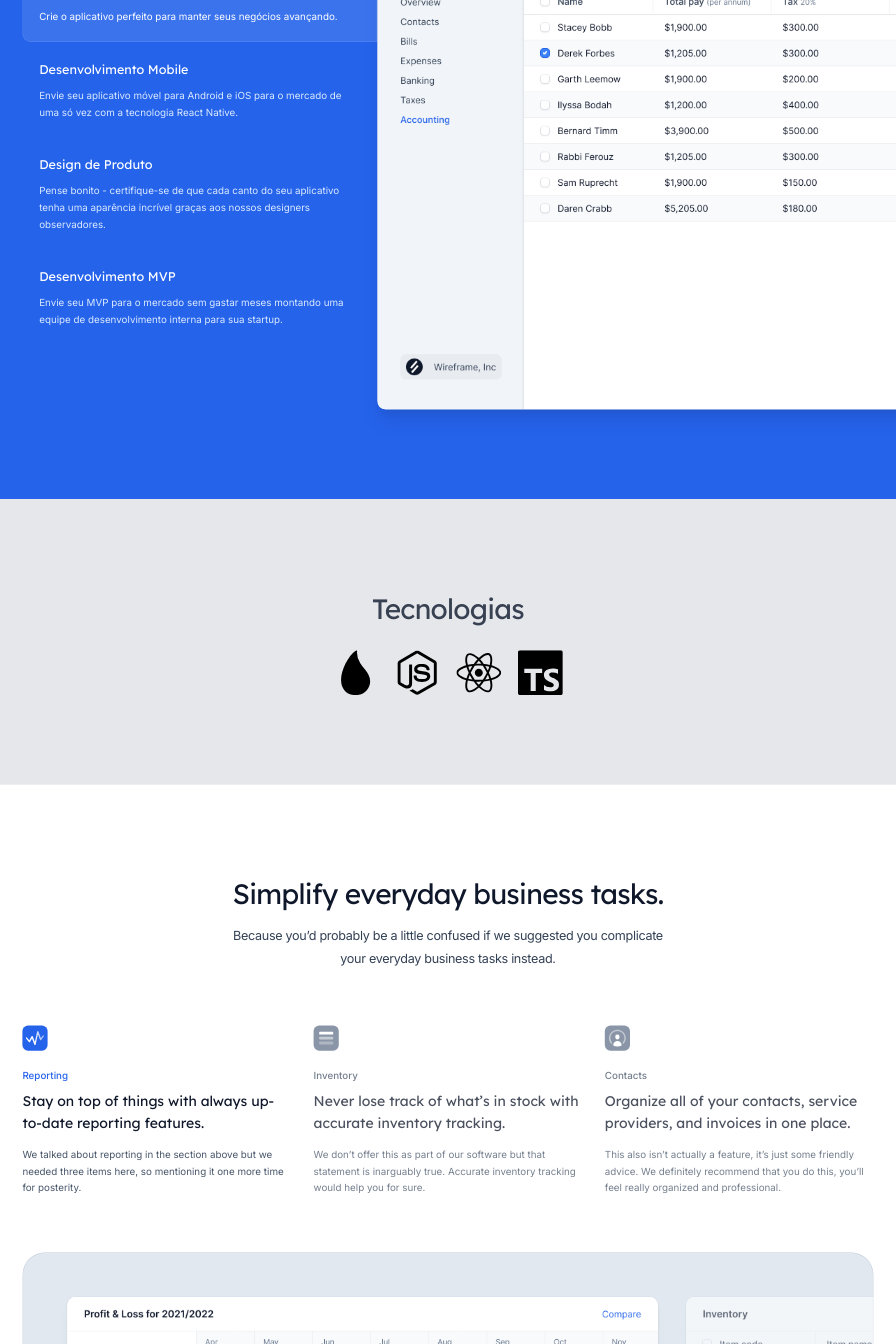
Repository: LuisSempre/imaginative
Page: /
An editor plug-in stored every save of this project. The page is shown before and after the next save, followed by the edit.
The browser window is 1280 px wide. The pictures show the part of the page from y = 2350 to 4270 px (the page is 10326 px tall), at 70% of full size.
The project was rebuilt for these pictures with package versions that can differ from the ones it lists, and the page was loaded fresh each time. The framework's server and built-in components were replaced by stand-ins that run in the browser. Also part of the build but not shown: next.config.js.

Above is the page before, as saved 2022-07-15 11:23:11.

### src/pages/index.jsx
import Head from 'next/head'

import { CallToAction } from '@/components/CallToAction'
import { Faqs } from '@/components/Faqs'
import { Footer } from '@/components/Footer'
import { Header } from '@/components/Header'
import { Hero } from '@/components/Hero'
import { Contact } from '@/components/Contact'
import { PrimaryFeatures } from '@/components/PrimaryFeatures'
import { SecondaryFeatures } from '@/components/SecondaryFeatures'
import { Testimonials } from '@/components/Testimonials'
import { Tecnology } from '@/components/Tecnology'

export default function Home() {
  return (
    <>
      <Head>
        <title>TaxPal - Accounting made simple for small businesses</title>
        <meta
          name="description"
          content="Most bookkeeping software is accurate, but hard to use. We make the opposite trade-off, and hope you don’t get audited."
        />
      </Head>
      <Header />
      <main>
        <Hero />
        <PrimaryFeatures />
        <Tecnology />
        <SecondaryFeatures />
        <CallToAction />
        <Testimonials />
        <Contact />
        <Faqs />
      </main>
      <Footer />
    </>
  )
}

### src/components/CallToAction.jsx
import Image from 'next/future/image'

import { Button } from '@/components/Button'
import { Container } from '@/components/Container'
import backgroundImage from '@/images/background-call-to-action.jpg'

export function CallToAction() {
  return (
    <section
      id="get-started-today"
      className="relative overflow-hidden bg-blue-600 py-32"
    >
      <Image
        className="absolute top-1/2 left-1/2 max-w-none -translate-x-1/2 -translate-y-1/2"
        src={backgroundImage}
        alt=""
        width={2347}
        height={1244}
        unoptimized
      />
      <Container className="relative">
        <div className="mx-auto max-w-lg text-center">
          <h2 className="font-display text-3xl tracking-tight text-white sm:text-4xl">
            Get started today
          </h2>
          <p className="mt-4 text-lg tracking-tight text-white">
            It’s time to take control of your books. Buy our software so you can
            feel like you’re doing something productive.
          </p>
          <Button href="/register" color="white" className="mt-10">
            Get 6 months free
          </Button>
        </div>
      </Container>
    </section>
  )
}

### src/components/Faqs.jsx
import Image from 'next/future/image'

import { Container } from '@/components/Container'
import backgroundImage from '@/images/background-faqs.jpg'

const faqs = [
  [
    {
      question: 'Does TaxPal handle VAT?',
      answer:
        'Well no, but if you move your company offshore you can probably ignore it.',
    },
    {
      question: 'Can I pay for my subscription via purchase order?',
      answer: 'Absolutely, we are happy to take your money in all forms.',
    },
    {
      question: 'How do I apply for a job at TaxPal?',
      answer:
        'We only hire our customers, so subscribe for a minimum of 6 months and then let’s talk.',
    },
  ],
  [
    {
      question: 'What was that testimonial about tax fraud all about?',
      answer:
        'TaxPal is just a software application, ultimately your books are your responsibility.',
    },
    {
      question:
        'TaxPal sounds horrible but why do I still feel compelled to purchase?',
      answer:
        'This is the power of excellent visual design. You just can’t resist it, no matter how poorly it actually functions.',
    },
    {
      question:
        'I found other companies called TaxPal, are you sure you can use this name?',
      answer:
        'Honestly not sure at all. We haven’t actually incorporated or anything, we just thought it sounded cool and made this website.',
    },
  ],
  [
    {
      question: 'How do you generate reports?',
      answer:
        'You just tell us what data you need a report for, and we get our kids to create beautiful charts for you using only the finest crayons.',
    },
    {
      question: 'Can we expect more inventory features?',
      answer: 'In life it’s really better to never expect anything at all.',
    },
    {
      question: 'I lost my password, how do I get into my account?',
      answer:
        'Send us an email and we will send you a copy of our latest password spreadsheet so you can find your information.',
    },
  ],
]

export function Faqs() {
  return (
    <section
      id="faq"
      aria-labelledby="faq-title"
      className="relative overflow-hidden bg-slate-50 py-20 sm:py-32"
    >
      <Image
        className="absolute top-0 left-1/2 max-w-none translate-x-[-30%] -translate-y-1/4"
        src={backgroundImage}
        alt=""
        width={1558}
        height={946}
        unoptimized
      />
      <Container className="relative">
        <div className="mx-auto max-w-2xl lg:mx-0">
          <h2
            id="faq-title"
            className="font-display text-3xl tracking-tight text-slate-900 sm:text-4xl"
          >
            Frequently asked questions
          </h2>
          <p className="mt-4 text-lg tracking-tight text-slate-700">
            If you can’t find what you’re looking for, email our support team
            and if you’re lucky someone will get back to you.
          </p>
        </div>
        <ul
          role="list"
          className="mx-auto mt-16 grid max-w-2xl grid-cols-1 gap-8 lg:max-w-none lg:grid-cols-3"
        >
          {faqs.map((column, columnIndex) => (
            <li key={columnIndex}>
              <ul role="list" className="flex flex-col gap-y-8">
                {column.map((faq, faqIndex) => (
                  <li key={faqIndex}>
                    <h3 className="font-display text-lg leading-7 text-slate-900">
                      {faq.question}
                    </h3>
                    <p className="mt-4 text-sm text-slate-700">{faq.answer}</p>
                  </li>
                ))}
              </ul>
            </li>
          ))}
        </ul>
      </Container>
    </section>
  )
}

### src/components/Footer.jsx
import Link from 'next/link'

import { Container } from '@/components/Container'
import { Logo } from '@/components/Logo'
import { NavLink } from '@/components/NavLink'

export function Footer() {
  return (
    <footer className="bg-slate-50">
      <Container>
        <div className="py-16">
          <Logo className="mx-auto h-10 w-auto" />
          <nav className="mt-10 text-sm" aria-label="quick links">
            <div className="-my-1 flex justify-center gap-x-6">
              <NavLink href="#features">Features</NavLink>
              <NavLink href="#testimonials">Testimonials</NavLink>
              <NavLink href="#pricing">Pricing</NavLink>
            </div>
          </nav>
        </div>
        <div className="flex flex-col items-center border-t border-slate-400/10 py-10 sm:flex-row-reverse sm:justify-between">
          <div className="flex gap-x-6">
            <Link
              href="https://twitter.com"
              className="group"
              aria-label="TaxPal on Twitter"
            >
              <svg
                aria-hidden="true"
                className="h-6 w-6 fill-slate-500 group-hover:fill-slate-700"
              >
                <path d="M8.29 20.251c7.547 0 11.675-6.253 11.675-11.675 0-.178 0-.355-.012-.53A8.348 8.348 0 0 0 22 5.92a8.19 8.19 0 0 1-2.357.646 4.118 4.118 0 0 0 1.804-2.27 8.224 8.224 0 0 1-2.605.996 4.107 4.107 0 0 0-6.993 3.743 11.65 11.65 0 0 1-8.457-4.287 4.106 4.106 0 0 0 1.27 5.477A4.073 4.073 0 0 1 2.8 9.713v.052a4.105 4.105 0 0 0 3.292 4.022 4.093 4.093 0 0 1-1.853.07 4.108 4.108 0 0 0 3.834 2.85A8.233 8.233 0 0 1 2 18.407a11.615 11.615 0 0 0 6.29 1.84" />
              </svg>
            </Link>
            <Link
              href="https://github.com"
              className="group"
              aria-label="TaxPal on GitHub"
            >
              <svg
                aria-hidden="true"
                className="h-6 w-6 fill-slate-500 group-hover:fill-slate-700"
              >
                <path d="M12 2C6.477 2 2 6.484 2 12.017c0 4.425 2.865 8.18 6.839 9.504.5.092.682-.217.682-.483 0-.237-.008-.868-.013-1.703-2.782.605-3.369-1.343-3.369-1.343-.454-1.158-1.11-1.466-1.11-1.466-.908-.62.069-.608.069-.608 1.003.07 1.531 1.032 1.531 1.032.892 1.53 2.341 1.088 2.91.832.092-.647.35-1.088.636-1.338-2.22-.253-4.555-1.113-4.555-4.951 0-1.093.39-1.988 1.029-2.688-.103-.253-.446-1.272.098-2.65 0 0 .84-.27 2.75 1.026A9.564 9.564 0 0 1 12 6.844a9.59 9.59 0 0 1 2.504.337c1.909-1.296 2.747-1.027 2.747-1.027.546 1.379.202 2.398.1 2.651.64.7 1.028 1.595 1.028 2.688 0 3.848-2.339 4.695-4.566 4.943.359.309.678.92.678 1.855 0 1.338-.012 2.419-.012 2.747 0 .268.18.58.688.482A10.02 10.02 0 0 0 22 12.017C22 6.484 17.522 2 12 2Z" />
              </svg>
            </Link>
          </div>
          <p className="mt-6 text-sm text-slate-500 sm:mt-0">
            Copyright &copy; {new Date().getFullYear()} TaxPal. All rights
            reserved.
          </p>
        </div>
      </Container>
    </footer>
  )
}

### src/components/Header.jsx
import { Fragment } from 'react'
import Link from 'next/link'
import { Popover, Transition } from '@headlessui/react'
import clsx from 'clsx'
import { Container } from '@/components/Container'
import { Logo } from '@/components/Logo'
import { NavLink } from '@/components/NavLink'

function MobileNavLink({ href, children }) {
  return (
    <Popover.Button as={Link} href={href} className="block w-full p-2">
      {children}
    </Popover.Button>
  )
}

function MobileNavIcon({ open }) {
  return (
    <svg
      aria-hidden="true"
      className="h-3.5 w-3.5 overflow-visible stroke-slate-700"
      fill="none"
      strokeWidth={2}
      strokeLinecap="round"
    >
      <path
        d="M0 1H14M0 7H14M0 13H14"
        className={clsx(
          'origin-center transition',
          open && 'scale-90 opacity-0'
        )}
      />
      <path
        d="M2 2L12 12M12 2L2 12"
        className={clsx(
          'origin-center transition',
          !open && 'scale-90 opacity-0'
        )}
      />
    </svg>
  )
}

function MobileNavigation() {
  return (
    <Popover>
      <Popover.Button
        className="relative z-10 flex h-8 w-8 items-center justify-center [&:not(:focus-visible)]:focus:outline-none"
        aria-label="Toggle Navigation"
      >
        {({ open }) => <MobileNavIcon open={open} />}
      </Popover.Button>
      <Transition.Root>
        <Transition.Child
          as={Fragment}
          enter="duration-150 ease-out"
          enterFrom="opacity-0"
          enterTo="opacity-100"
          leave="duration-150 ease-in"
          leaveFrom="opacity-100"
          leaveTo="opacity-0"
        >
          <Popover.Overlay className="fixed inset-0 bg-slate-300/50" />
        </Transition.Child>
        <Transition.Child
          as={Fragment}
          enter="duration-150 ease-out"
          enterFrom="opacity-0 scale-95"
          enterTo="opacity-100 scale-100"
          leave="duration-100 ease-in"
          leaveFrom="opacity-100 scale-100"
          leaveTo="opacity-0 scale-95"
        >
          <Popover.Panel
            as="div"
            className="absolute inset-x-0 flex flex-col p-4 mt-4 text-lg tracking-tight origin-top bg-white shadow-xl top-full rounded-2xl text-slate-900 ring-1 ring-slate-900/5"
          >
            <MobileNavLink href="#services">Serviços</MobileNavLink>
            <MobileNavLink href="#portifolio">Portfólio</MobileNavLink>
            <MobileNavLink href="#sobre">Sobre</MobileNavLink>
          </Popover.Panel>
        </Transition.Child>
      </Transition.Root>
    </Popover>
  )
}

export function Header() {
  return (
    <header className="py-10">
      <Container>
        <nav className="relative z-50 flex justify-between">
          <div className="flex items-center md:gap-x-12">
            <Link href="#" aria-label="Home">
              <Logo className="w-auto h-10" />
            </Link>
          </div>
          <div className="flex items-center gap-x-5 md:gap-x-8">
            <div className="hidden md:flex">
              <NavLink href="#services">Serviços</NavLink>
              <NavLink href="#portifolio">Portfólio</NavLink>
              <NavLink href="#sobre">Sobre</NavLink>
            </div>
            <div className="-mr-1 md:hidden">
              <MobileNavigation />
            </div>
          </div>
        </nav>
      </Container>
    </header>
  )
}

### src/components/Hero.jsx
import Image from 'next/future/image'

import { Button } from '@/components/Button'
import { Container } from '@/components/Container'
import logoLaravel from '@/images/logos/laravel.svg'
import logoMirage from '@/images/logos/mirage.svg'
import logoStatamic from '@/images/logos/statamic.svg'
import logoStaticKit from '@/images/logos/statickit.svg'
import logoTransistor from '@/images/logos/transistor.svg'
import logoTuple from '@/images/logos/tuple.svg'

export function Hero() {
  return (
    <Container className="pt-20 pb-16 text-center lg:pt-32">
      <h1 className="max-w-4xl mx-auto text-5xl font-medium tracking-tight font-display text-slate-900 sm:text-7xl">
        Construindo{' '}
        <span className="relative text-blue-500 whitespace-nowrap">
          <svg
            aria-hidden="true"
            viewBox="0 0 418 42"
            className="absolute top-2/3 left-0 h-[0.58em] w-full fill-blue-300/70"
            preserveAspectRatio="none"
          >
            <path d="M203.371.916c-26.013-2.078-76.686 1.963-124.73 9.946L67.3 12.749C35.421 18.062 18.2 21.766 6.004 25.934 1.244 27.561.828 27.778.874 28.61c.07 1.214.828 1.121 9.595-1.176 9.072-2.377 17.15-3.92 39.246-7.496C123.565 7.986 157.869 4.492 195.942 5.046c7.461.108 19.25 1.696 19.17 2.582-.107 1.183-7.874 4.31-25.75 10.366-21.992 7.45-35.43 12.534-36.701 13.884-2.173 2.308-.202 4.407 4.442 4.734 2.654.187 3.263.157 15.593-.78 35.401-2.686 57.944-3.488 88.365-3.143 46.327.526 75.721 2.23 130.788 7.584 19.787 1.924 20.814 1.98 24.557 1.332l.066-.011c1.201-.203 1.53-1.825.399-2.335-2.911-1.31-4.893-1.604-22.048-3.261-57.509-5.556-87.871-7.36-132.059-7.842-23.239-.254-33.617-.116-50.627.674-11.629.54-42.371 2.494-46.696 2.967-2.359.259 8.133-3.625 26.504-9.81 23.239-7.825 27.934-10.149 28.304-14.005.417-4.348-3.529-6-16.878-7.066Z" />
          </svg>
          <span className="relative">software inovador</span>
        </span>{' '}
        para você crescer.
      </h1>
      <p className="max-w-2xl mx-auto mt-6 text-xl tracking-tight text-slate-700">
        Desenvolvimento de aplicativos web e mobile
      </p>
      <div className="flex justify-center mt-10 gap-x-6">
        <Button className="px-12 py-4 text-xl" href="#contato">
          Entre em contato
        </Button>
      </div>
      <div className="mt-36 lg:mt-44">
        <p className="text-base font-display text-slate-900">
         Confiado por empresas inovadoras
        </p>
        <ul
          role="list"
          className="flex items-center justify-center mt-8 gap-x-8 sm:flex-col sm:gap-x-0 sm:gap-y-10 xl:flex-row xl:gap-x-12 xl:gap-y-0"
        >
          {[
            [
              { name: 'Transistor', logo: logoTransistor },
              { name: 'Tuple', logo: logoTuple },
              { name: 'StaticKit', logo: logoStaticKit },
            ],
            [
              { name: 'Mirage', logo: logoMirage },
              { name: 'Laravel', logo: logoLaravel },
              { name: 'Statamic', logo: logoStatamic },
            ],
          ].map((group, groupIndex) => (
            <li key={groupIndex}>
              <ul
                role="list"
                className="flex flex-col items-center gap-y-8 sm:flex-row sm:gap-x-12 sm:gap-y-0"
              >
                {group.map((company) => (
                  <li key={company.name} className="flex">
                    <Image src={company.logo} alt={company.name} unoptimized />
                  </li>
                ))}
              </ul>
            </li>
          ))}
        </ul>
      </div>
    </Container>
  )
}

### src/components/Tecnology.jsx
import { Container } from '@/components/Container'
import { FaReact, FaVuejs, FaNodeJs, FaPhoenixFramework } from 'react-icons/fa'
import { SiElixir, SiTypescript } from 'react-icons/si'

export function Tecnology() {
  return (
    <section
      id="get-started-today"
      className="relative py-32 overflow-hidden bg-gray-200"
    >
      <Container className="relative">
        <div className="max-w-lg mx-auto text-center">
          <h2 className="text-3xl tracking-tight text-gray-700 font-display sm:text-4xl">
            Tecnologias
          </h2>
          <div className="flex justify-center mt-8 space-x-6">
          <SiElixir className='w-16 h-16' />
          <FaNodeJs className='w-16 h-16' />
          <FaReact  className='w-16 h-16' />
          <SiTypescript  className='w-16 h-16' />
          </div>
        </div>
      </Container>
    </section>
  )
}

### src/components/Button.jsx
import Link from 'next/link'
import clsx from 'clsx'

const baseStyles = {
  solid:
    'group inline-flex items-center justify-center rounded-full py-2 px-4 text-sm font-semibold focus:outline-none focus-visible:outline-2 focus-visible:outline-offset-2',
  outline:
    'group inline-flex ring-1 items-center justify-center rounded-full py-2 px-4 text-sm focus:outline-none',
}

const variantStyles = {
  solid: {
    slate:
      'bg-slate-900 text-white hover:bg-slate-700 hover:text-slate-100 active:bg-slate-800 active:text-slate-300 focus-visible:outline-slate-900',
    blue: 'bg-blue-600 text-white hover:text-slate-100 hover:bg-blue-500 active:bg-blue-800 active:text-blue-100 focus-visible:outline-blue-600',
    white:
      'bg-white text-slate-900 hover:bg-blue-50 active:bg-blue-200 active:text-slate-600 focus-visible:outline-white',
  },
  outline: {
    slate:
      'ring-slate-200 text-slate-700 hover:text-slate-900 hover:ring-slate-300 active:bg-slate-100 active:text-slate-600 focus-visible:outline-blue-600 focus-visible:ring-slate-300',
    white:
      'ring-slate-700 text-white hover:ring-slate-500 active:ring-slate-700 active:text-slate-400 focus-visible:outline-white',
  },
}

export function Button({
  variant = 'solid',
  color = 'slate',
  className,
  href,
  ...props
}) {
  className = clsx(
    baseStyles[variant],
    variantStyles[variant][color],
    className
  )

  return href ? (
    <Link href={href} className={className} {...props} />
  ) : (
    <button className={className} {...props} />
  )
}

### src/components/Logo.jsx
import Image from 'next/image'
import logo from '../images/logos/logo.png'
export function Logo(props) {
  return <Image src={logo}  width={200}  height={32} alt="Picture of the author" />
}

Loaded but not shown: src/pages/_app.jsx (common file); src/pages/_document.jsx (common file); src/styles/tailwind.css (common file); src/components/Container.jsx (common file); src/components/NavLink.jsx (common file); tailwind.config.js (common file); src/components/Contact.jsx (187 lines, source omitted); src/components/SecondaryFeatures.jsx (231 lines, source omitted); src/components/Testimonials.jsx (144 lines, source omitted); src/components/PrimaryFeatures.jsx (157 lines, source omitted)

After the next save:
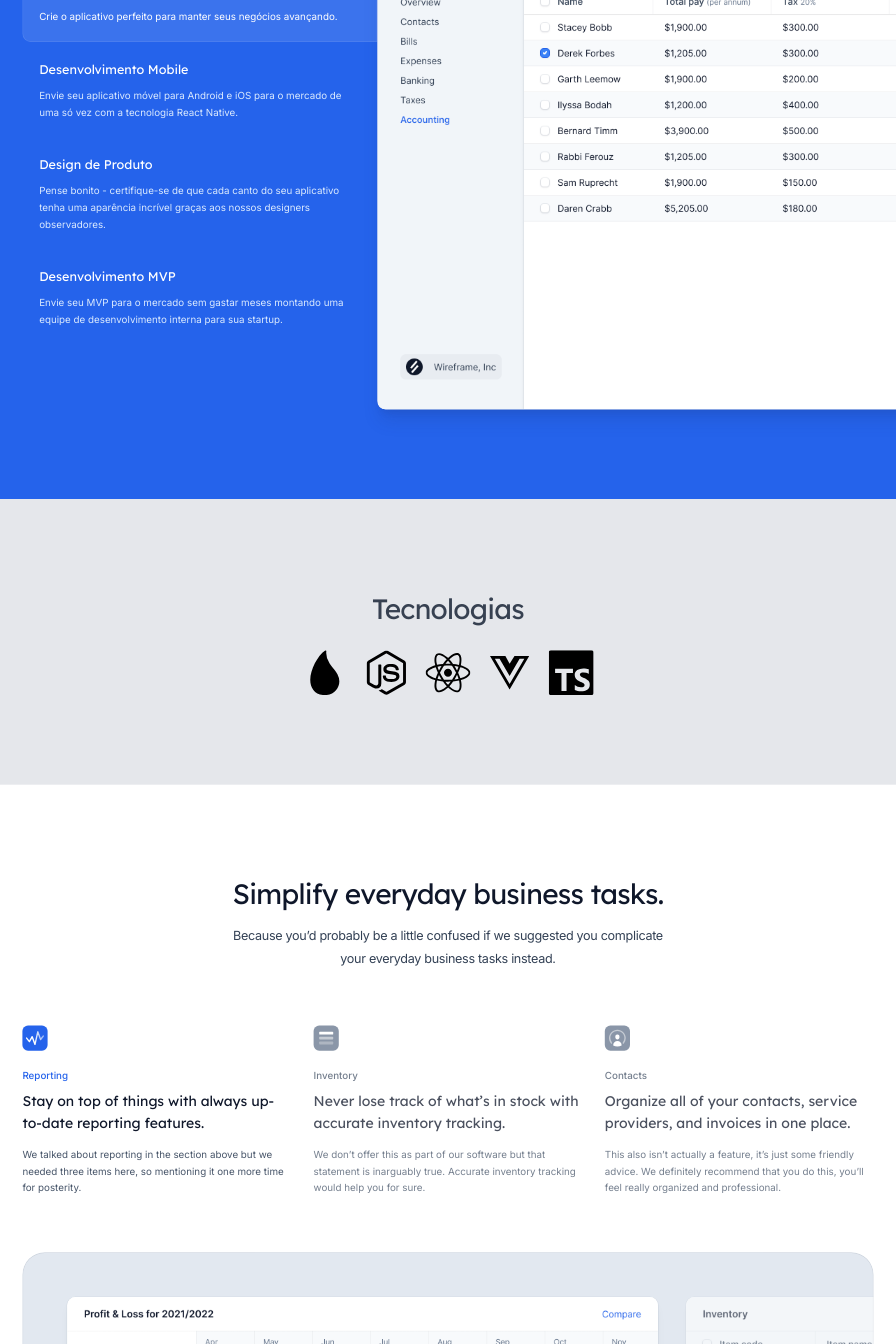
Saved 10 s later.
--- a/src/components/Tecnology.jsx
+++ b/src/components/Tecnology.jsx
@@ -17,6 +17,7 @@
           <SiElixir className='w-16 h-16' />
           <FaNodeJs className='w-16 h-16' />
           <FaReact  className='w-16 h-16' />
+          <FaVuejs  className='w-16 h-16' />
           <SiTypescript  className='w-16 h-16' />
           </div>
         </div>
